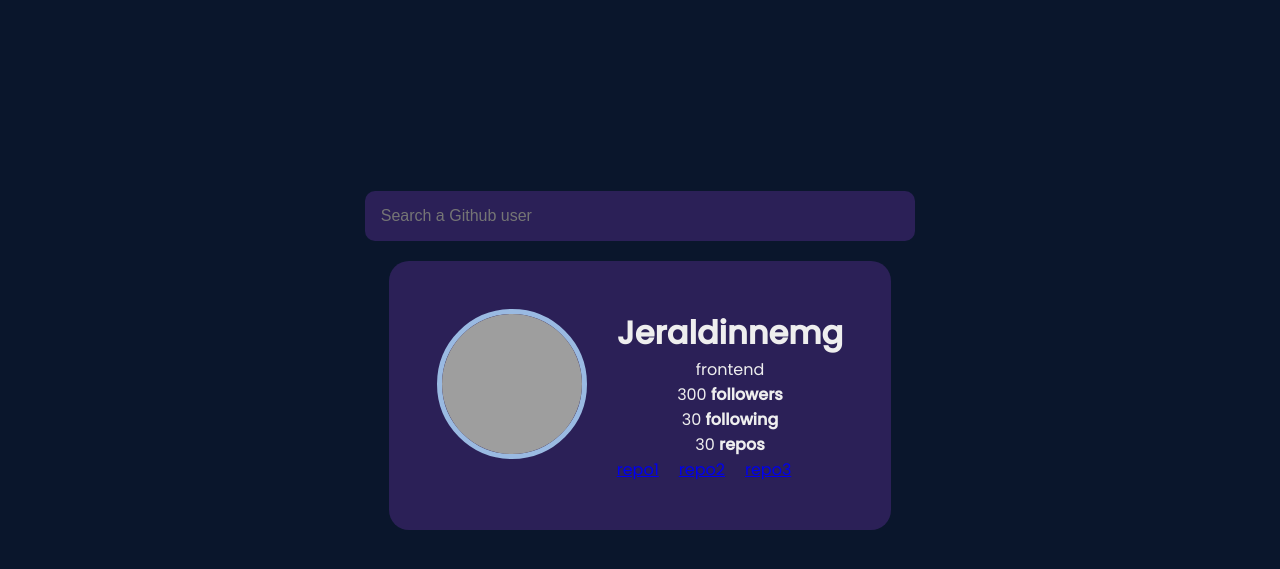
Repository: jeraldinnemg/githubprofile
Page: index.html
These files come from the project's save history. The page is drawn as it stood at one moment and after the next save; the edit follows.
The browser window is 1280 px wide. The pictures show the whole page.
Pictures or frames that could not be fetched are drawn as grey boxes.

Above is the page before, as saved 2022-09-16 23:17:47.

### index.html
<!DOCTYPE html>
<html lang="en">
<head>
    <meta charset="UTF-8">
    <meta http-equiv="X-UA-Compatible" content="IE=edge">
    <meta name="viewport" content="width=device-width, initial-scale=1.0">
    <link rel="stylesheet" href="style.css">
    <title>Github profiles</title>
</head>
<body>


    <div class="container">
        <form class="user-form">
            <input type="text" placeholder="Search a Github user">
        </form>
        <main class="card">

            <div class="profile-image">
                <img src="https://randomuser.me/api/portraits/men/30.jpg" alt="">
            </div>
            <div class="profile-content">
                <h1>Jeraldinnemg</h1>
                <p> frontend</p>
                <div>
                    <ul>
                        <li>300 <strong>followers</strong></li>
                        <li>30 <strong>following</strong></li>
                        <li>30 <strong>repos</strong></li>
                    </ul>
                </div>
                <div class="user-repos">
                    <a href="#" class="repo">repo1</a>
                    <a href="#" class="repo">repo2</a>
                    <a href="#" class="repo">repo3</a>
                </div>
            </div>


        </main>

    </div>


    <script src="script.js"></script>
</body>
</html>

### style.css
@import url('https://fonts.googleapis.com/css2?family=Poppins:wght@400;500&display=swap');

* {
    margin:0;
    padding:0;
    box-sizing: border-box;
}

body {
    font-family: 'Poppins', 'sans-serif';
    font-size:1rem;
    background-color: #0a162c;
    color: #fff;
    display: flex;
    flex-direction: column;
    justify-content: center;
    align-items: center;
    height: 100vh;
}

.container {

    display: flex;
    flex-direction: column;
    justify-content: center;
    align-items: center;
    text-align: center;

    gap:20px;
}
.user-form {
    width:100%;
    max-width: 700px;
}

.user-form input{
    width:100%;
    display: block;
    background-color: #2b2057;
    border: none;
    border-radius: 10px;
    padding: 1em;
    font-size: 1rem;
    color:#fff;
    box-shadow:  0 5px 10px rgba(154, 160, 185, 0.05),
    0 15px 40px rgba(0, 0, 0, 0.1px) ;
}
user-form input::placeholder{
    color: #bbb;
}
.user-form input:focus{
    outline: none;
}

input:focus{
    border: none;
}

ul {
    list-style: none;
}

.card {
    max-width: 800px;
    display: flex;
    flex-direction: row;
    justify-content: space-around;
    background-color: #2b2057;
    box-shadow:  0 5px 10px rgba(154, 160, 185, 0.05),
    0 15px 40px rgba(0, 0, 0, 0.1px) ;
    padding: 3em;
    margin: 0 1.5rem;
    border-radius: 20px;
    gap:30px;
}

img {
    border-radius: 50%;
    border: 5px solid #9abae2;
    height: 150px;
    width: 150px;;
}

.profile-content {
    color: #eee;
}

.user-statistics ul{
    list-style: none;
    display: flex;
    justify-content: space-between;
    padding: 0;
    max-width: 400px;
}

.user-repos{
    display: flex;
    gap:20px
}

Loaded but not shown: script.js (no copy from this time; the picture is the same without it)

After the next save:
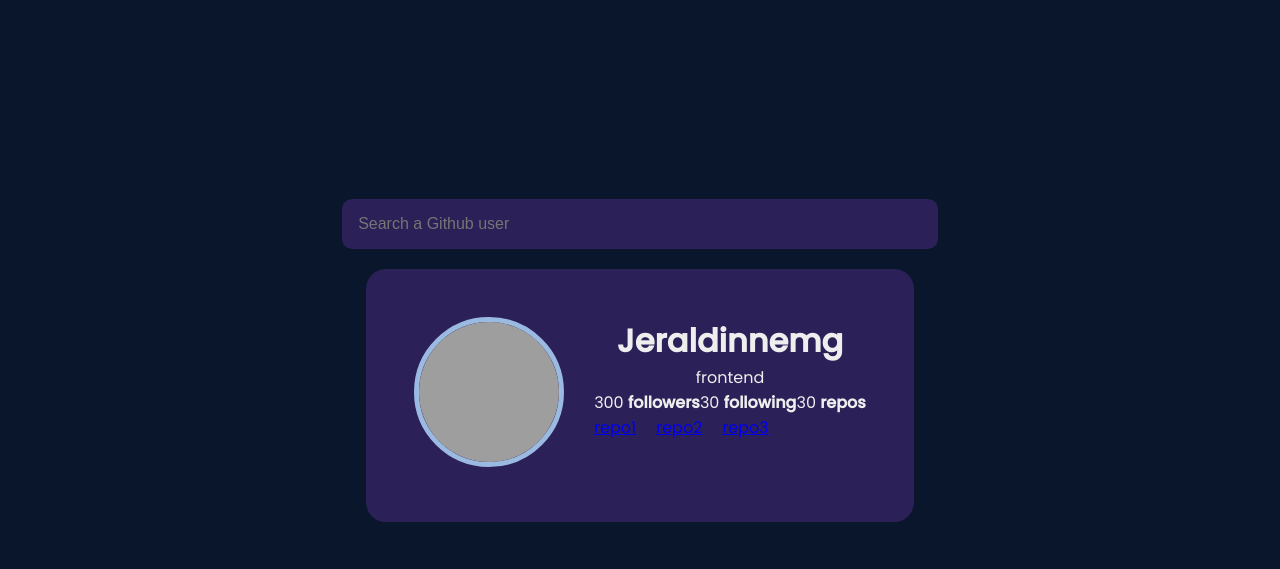
Saved 11 s later.
--- a/style.css
+++ b/style.css
@@ -85,7 +85,7 @@
     color: #eee;
 }
 
-.user-statistics ul{
+.profile-content ul{
     list-style: none;
     display: flex;
     justify-content: space-between;

After the 2 saves that followed:
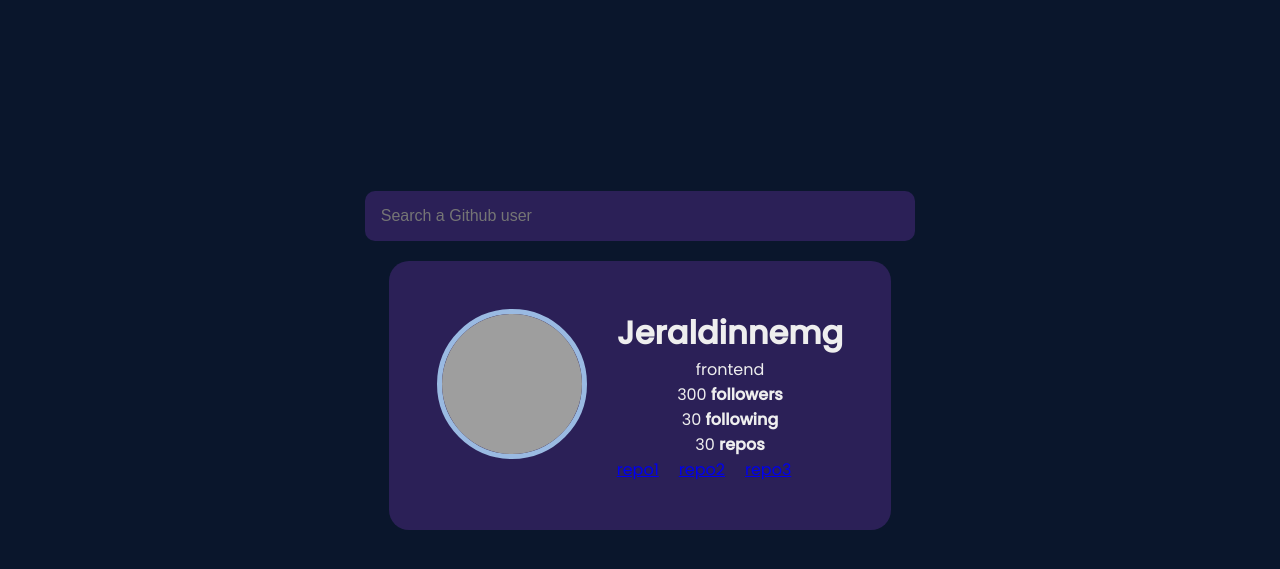
The 2 saves are shown as one change because 1 left the picture as it was.
The last was saved 11 min 46 s later.
--- a/index.html
+++ b/index.html
@@ -23,7 +23,7 @@
                 <h1>Jeraldinnemg</h1>
                 <p> frontend</p>
                 <div>
-                    <ul>
+                    <ul class="user-statistics">
                         <li>300 <strong>followers</strong></li>
                         <li>30 <strong>following</strong></li>
                         <li>30 <strong>repos</strong></li>
--- a/style.css
+++ b/style.css
@@ -85,7 +85,7 @@
     color: #eee;
 }
 
-.profile-content ul{
+.user-statistics ul{
     list-style: none;
     display: flex;
     justify-content: space-between;
